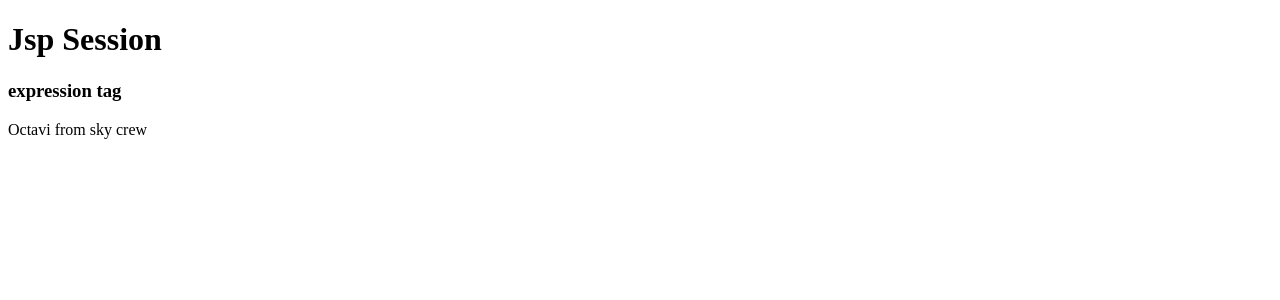
Repository: Kalyan235/AllProjects
Page: http://localhost/JspDemo2/index.jsp
These files come from the project's save history. The page is drawn as it stood at one moment and after the next save; the edit follows.
The browser window is 1280 px wide. The pictures show the whole page.
The page is served by Tomcat 9.

Above is the page before, as saved 2022-06-27 09:57:47.

### JspDemo2/src/main/webapp/index.jsp
<%@ page language="java" contentType="text/html; charset=ISO-8859-1"
    pageEncoding="ISO-8859-1"%>
<!DOCTYPE html PUBLIC "-//W3C//DTD HTML 4.01 Transitional//EN" "http://www.w3.org/TR/html4/loose.dtd">
<html>
<head>
<meta http-equiv="Content-Type" content="text/html; charset=ISO-8859-1">
<title>Insert title here</title>
</head>
<body>
<h1>Jsp Session</h1>

<h3>expression tag</h3>
<%= "Octavi from sky crew " %>
</body>
</html>

After the next save:
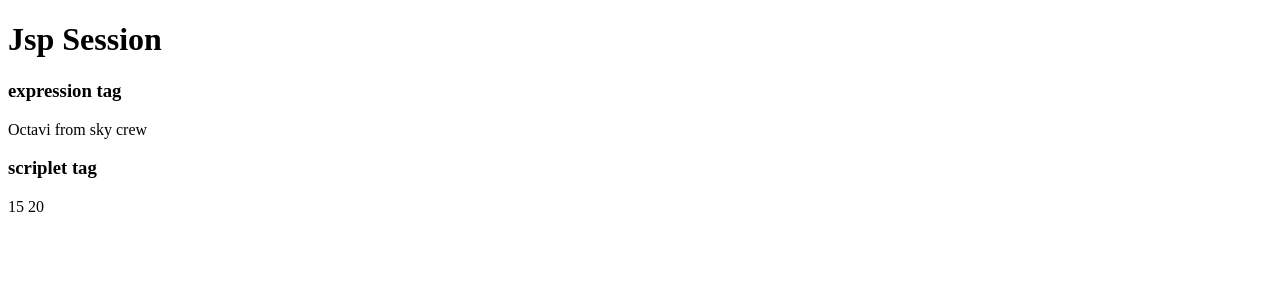
Saved 6 min 55 s later.
--- a/JspDemo2/src/main/webapp/index.jsp
+++ b/JspDemo2/src/main/webapp/index.jsp
@@ -11,5 +11,10 @@
 
 <h3>expression tag</h3>
 <%= "Octavi from sky crew " %>
+
+<h3>scriplet tag</h3>
+<% int a=15,b=20;
+    out.println(a+" "+b);
+%>
 </body>
 </html>
